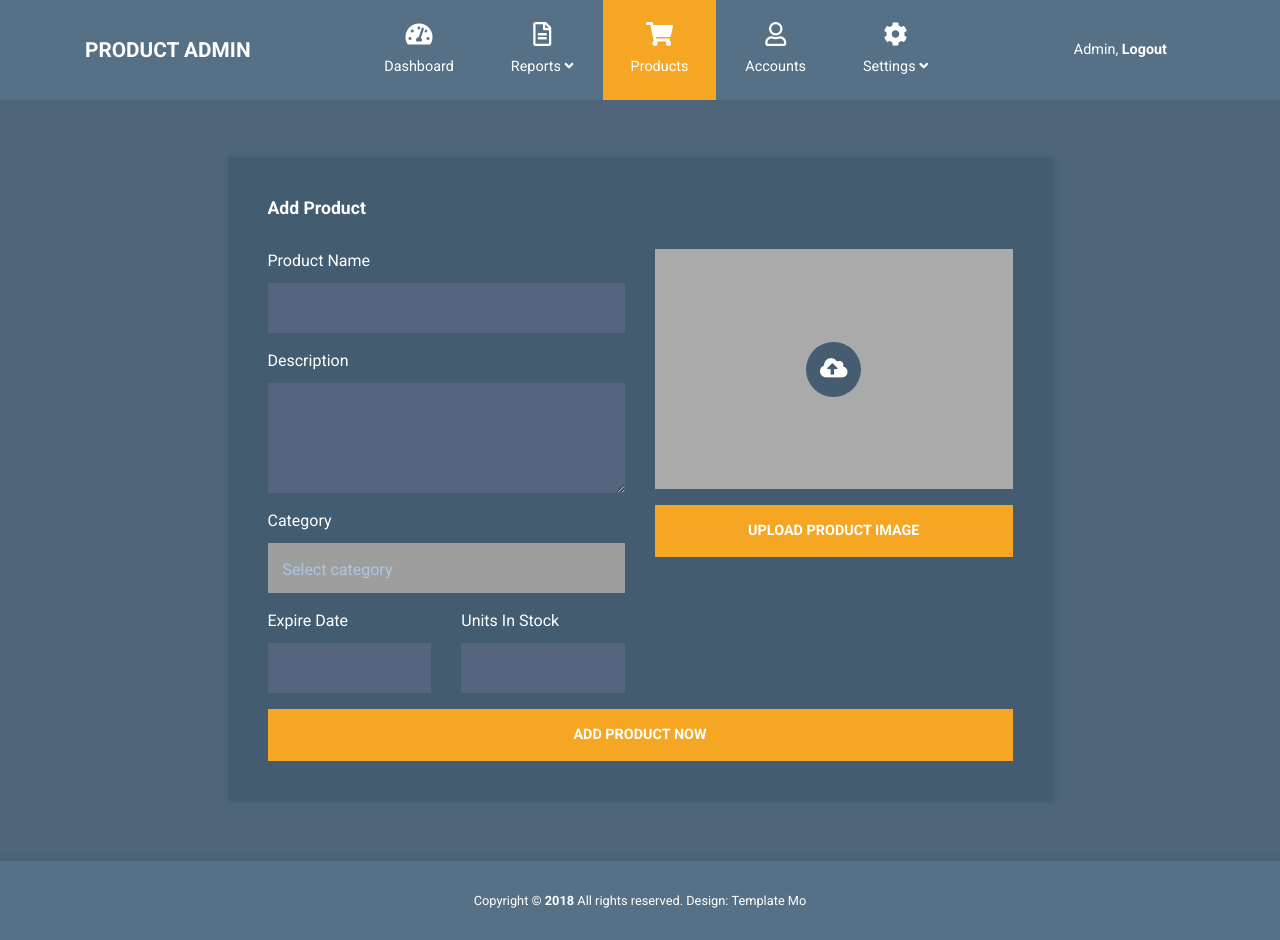
Repository: TruongNguyen0512/Bookhabor-ecommere-web
Page: http://localhost/bookHabor/add-product.jsp
These files come from the project's save history. The page is drawn as it stood at one moment and after the next save; the edit follows.
The browser window is 1280 px wide. The pictures show the whole page.
Pictures or frames that could not be fetched are drawn as grey boxes. The page is served by Tomcat 9. Nobody is signed in. The application's start-up code is not run.

Above is the page before, as saved 2023-12-07 16:02:21.

After the next save:
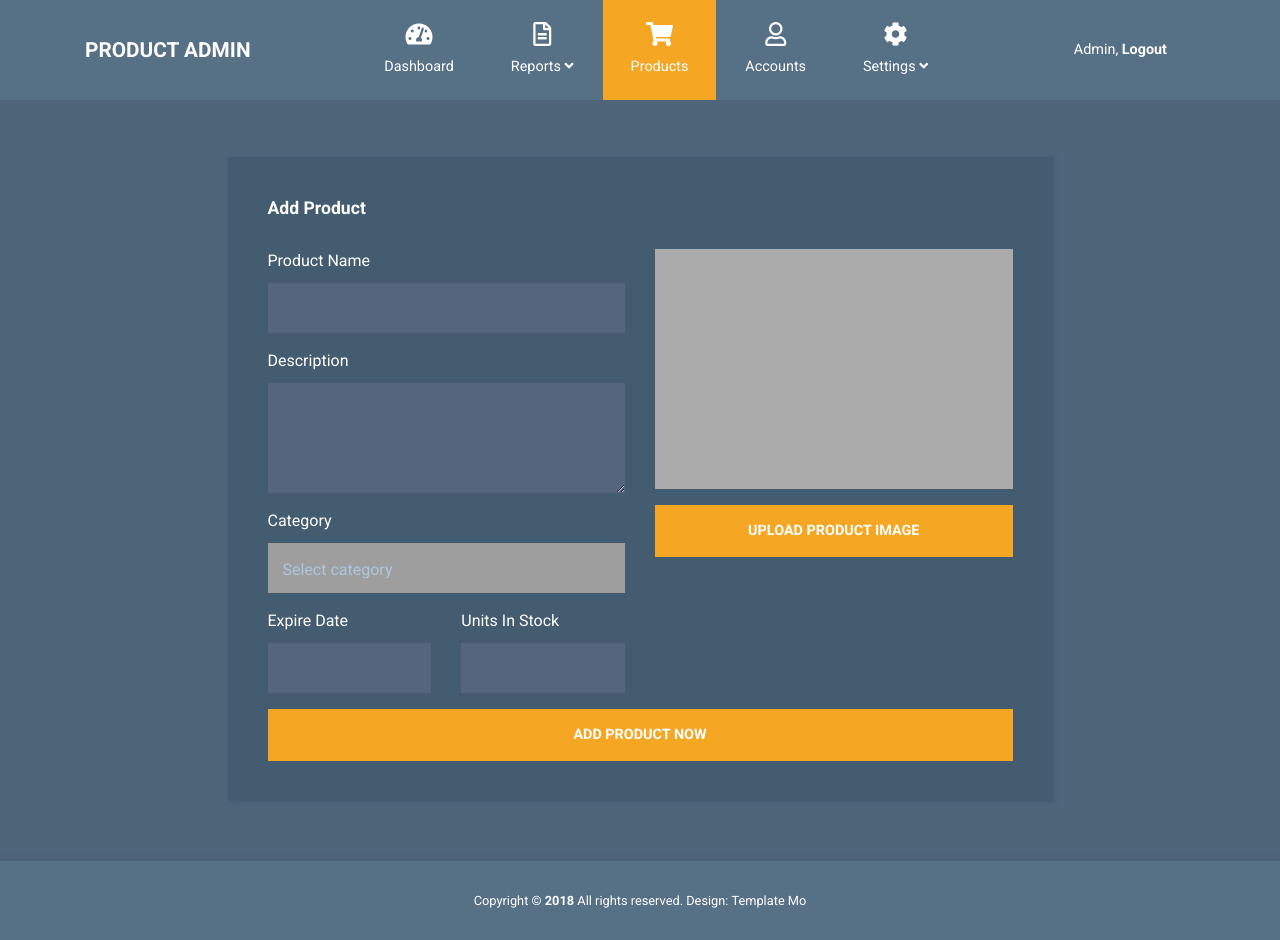
Saved 106 s later.
--- a/bookHabor/src/main/webapp/add-product.jsp
+++ b/bookHabor/src/main/webapp/add-product.jsp
@@ -128,8 +128,7 @@
 						</div>
 						<div class="col-xl-6 col-lg-6 col-md-12 mx-auto mb-4">
 							<div class="tm-product-img-dummy mx-auto">
-								<i class="fas fa-cloud-upload-alt tm-upload-icon"
-									onclick="document.getElementById('fileInput').click();"></i> <img
+								 <img
 									id="uploadedImage" src="" alt="Uploaded Image"
 									style="display: none; max-width: 100%; height: auto;">
 							</div>
